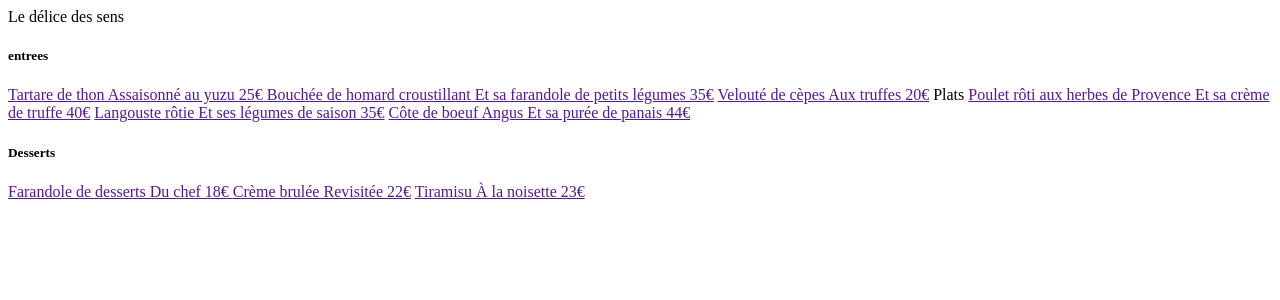
Repository: lysianebo/OHMYFOOD
Page: La_note_enchantée.html
An editor plug-in stored every save of this project. The page is shown before and after the next save, followed by the edit.
The browser window is 1280 px wide. The pictures show the whole page.

Above is the page before, as saved 2022-10-22 13:09:27.

After the next save:
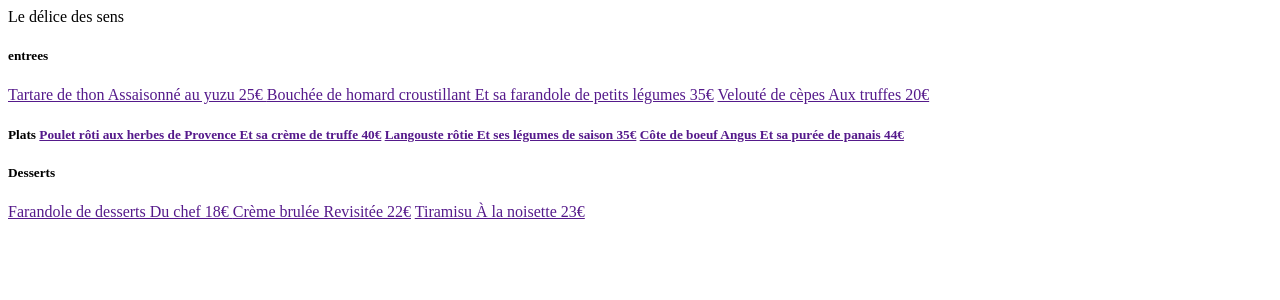
Saved 8 s later.
--- a/La_note_enchantée.html
+++ b/La_note_enchantée.html
@@ -22,7 +22,7 @@
 Aux truffes
 20€</a>
 
-Plats
+<H5>Plats
 <a href="" class="btn grey">
 Poulet rôti aux herbes de Provence
 Et sa crème de truffe
